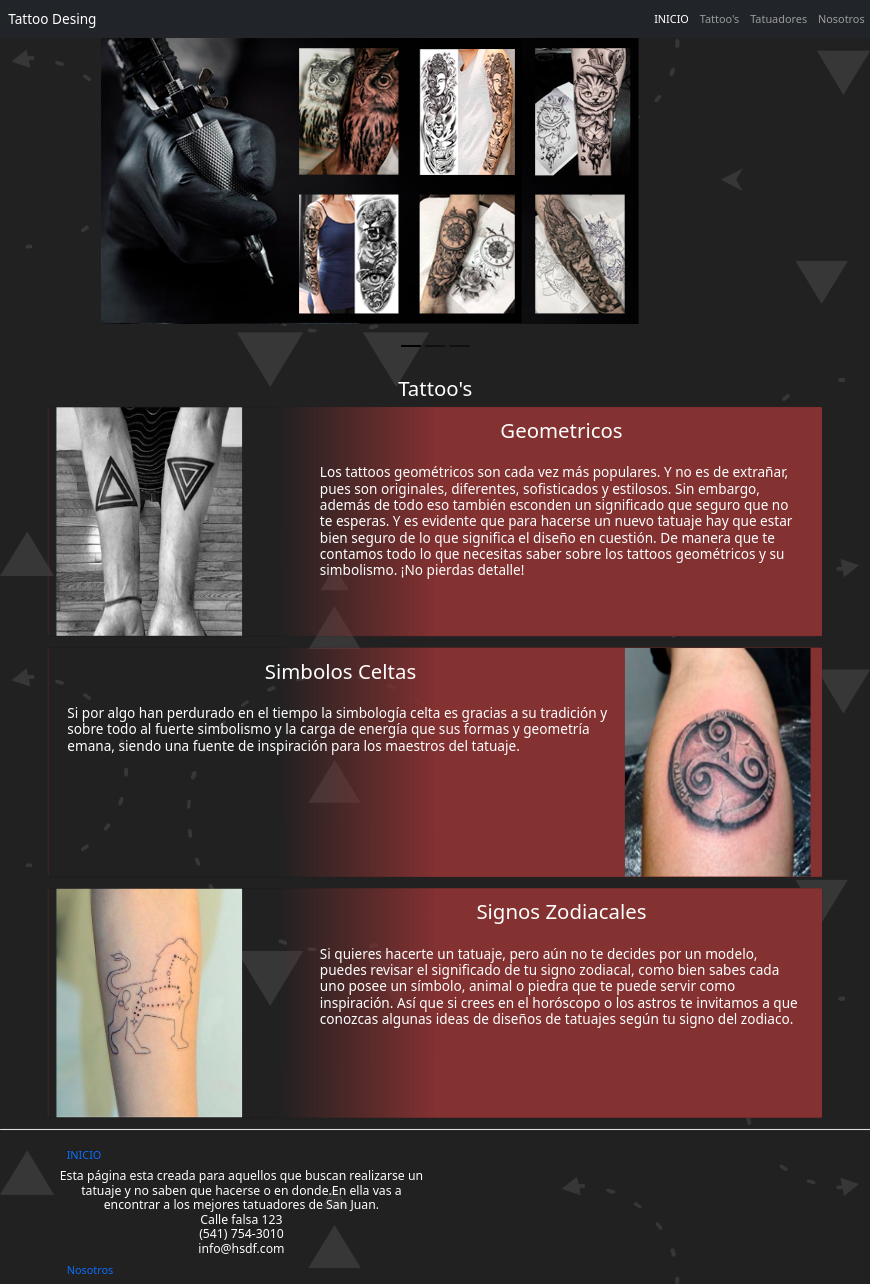
Repository: Vladimir-22/TatooDesign
Page: index.html
An editor plug-in stored every save of this project. The page is shown before and after the next save, followed by the edit.
The browser window is 1280 px wide. The pictures show the whole page, at 68% of full size.
Some web libraries are served in a nearby version.

Above is the page before, as saved 2021-05-19 21:38:18.

After the next save:
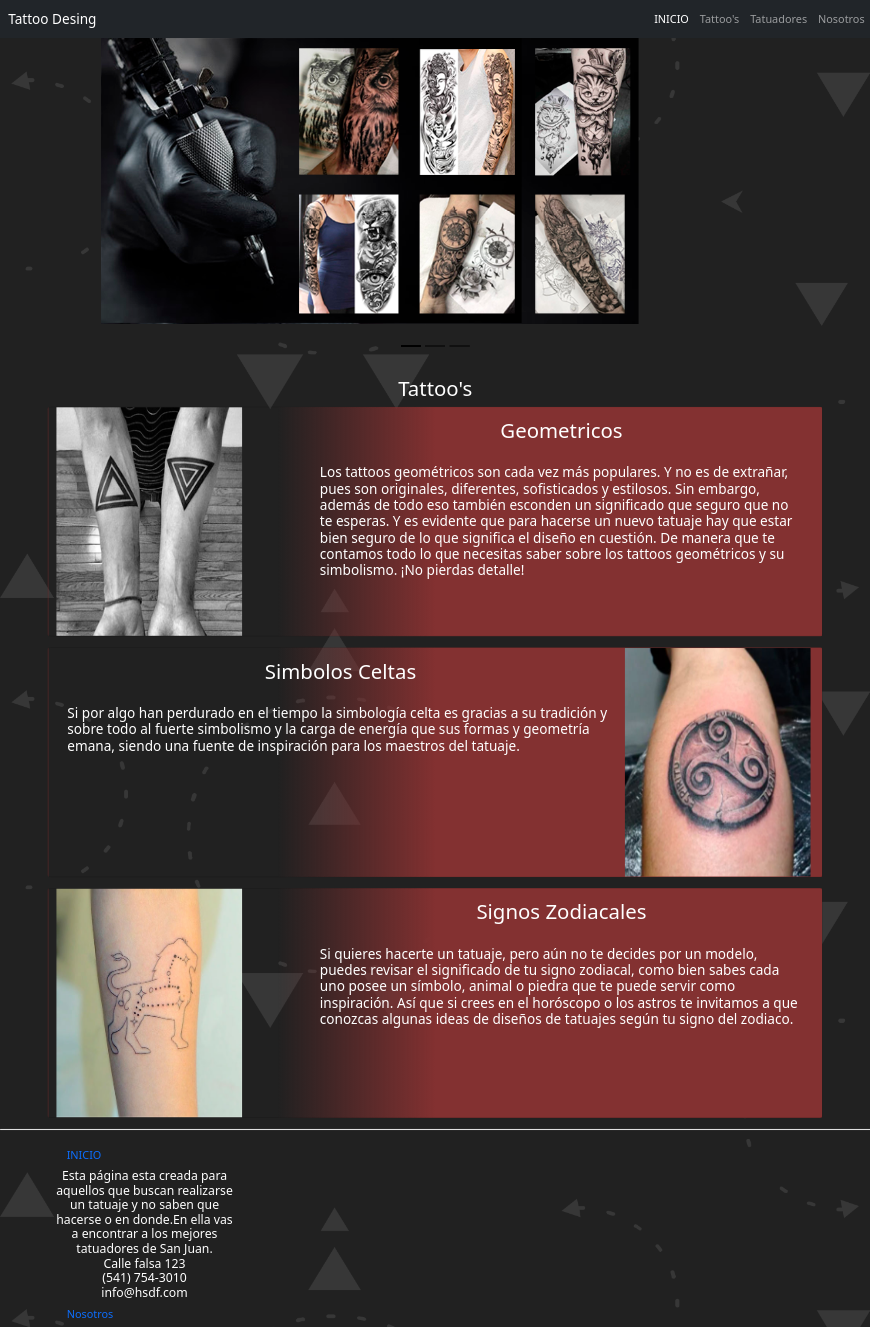
Saved 17 s later.
--- a/index.html
+++ b/index.html
@@ -275,7 +275,7 @@
           </div>
         </div>
         <div class="row">
-            <div class="col-md-6 align-center">
+            <div class="col-md-3 align-center">
                 <h3 id="descrip-gral" class="card-text">
                     Esta página esta creada para aquellos que buscan realizarse un
                     tatuaje y no saben que hacerse o en donde.En ella vas a
